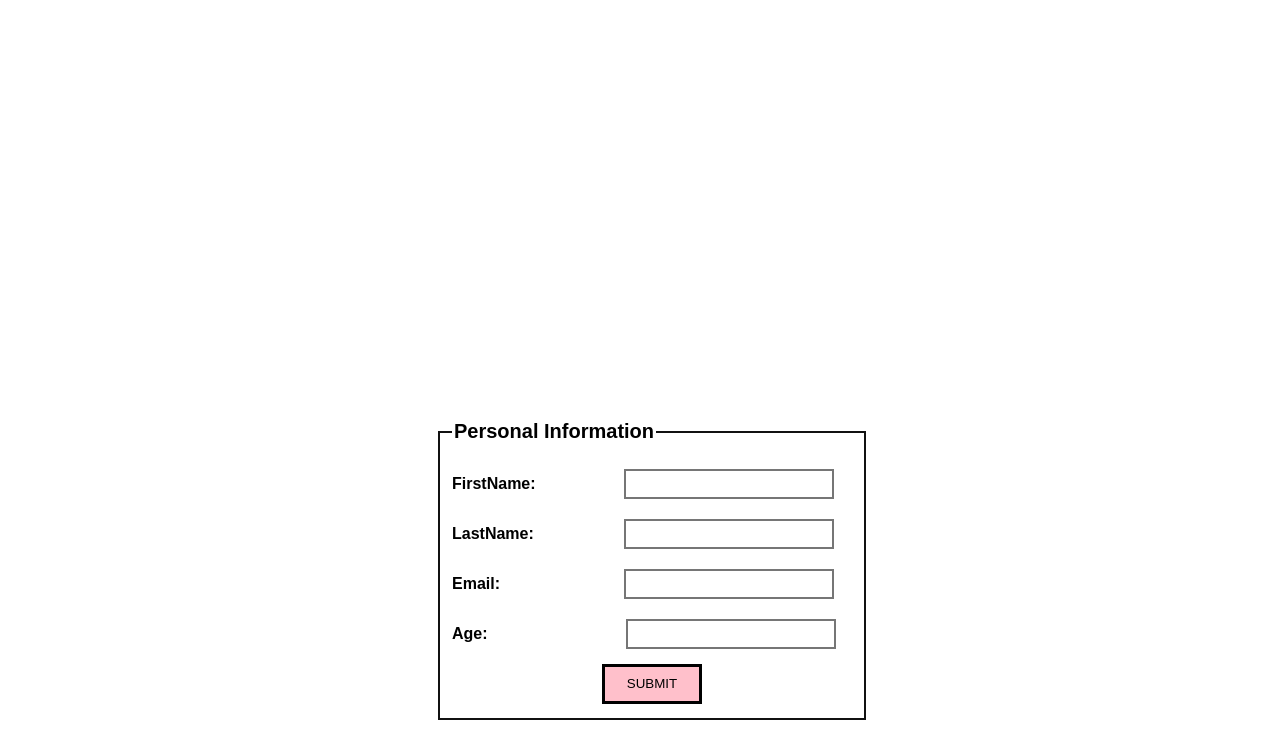
Repository: Femi007-gh/Legend
Page: index.html
These files come from the project's save history. The page is drawn as it stood at one moment and after the next save; the edit follows.
The browser window is 1280 px wide. The pictures show the whole page.

Above is the page before, as saved 2025-04-05 08:05:46.

### index.html
<html>
  <head>
    <title>LEGEND</title>
    <link rel="stylesheet" href="style.css">
  </head>
  <body>
    <form>
      <fieldset class="field">
        <legend class="ld">Personal Information</legend>
        <label class="first">FirstName:</label>
        <input type="text" class="FN"><br>

        <label class="last">LastName:</label>
        <input type="text" class="LN"> <br>

        <label class="mail">Email:</label>
        <input type="text" class="email"> <br>

        <label class="yourage">Age:</label>
        <input type="text" class="age"> <br>
         <a href="index2.html">
          <button class="sub" type="button">SUBMIT</button>
        </a>
      </fieldset>
    </form>
  </body>
</html>

### style.css
body {
  font-family:Arial, Helvetica, sans-serif;
  font-weight: bold;
}

.ld {
  font-size: 20px;
}

.field {
  border: 2px solid #111;
  width: 400px;
  height: 280px;
  margin-left: 430px;
  margin-top: 420px;
}

.FN {
  margin-top: 20px;
  margin-left: 84px;
  border-style: solid;
  height: 30px;
  width: 210px;
}

.LN {
  margin-top: 20px;
  margin-left: 86px;
  border-style: solid;
  height: 30px;
  width: 210px;
}

.email {
  margin-top: 20px;
  margin-left:120px;
  height: 30px;
  border-style: solid;
  width: 210px;
}

.age {
  margin-top: 20px;
  margin-left: 134px;
  border-style: solid;
  height: 30px;
  width: 210px;
}

input {
  background-color: white;
}

.sub {
  height: 40px;
  width: 100px;
  margin-left: 150px;
  margin-top: 15px;
  border: none;
  background-color: pink;
  border-style: solid;
  cursor: pointer;
}

.sub:hover {
  background-color: blue;
}

After the next save:
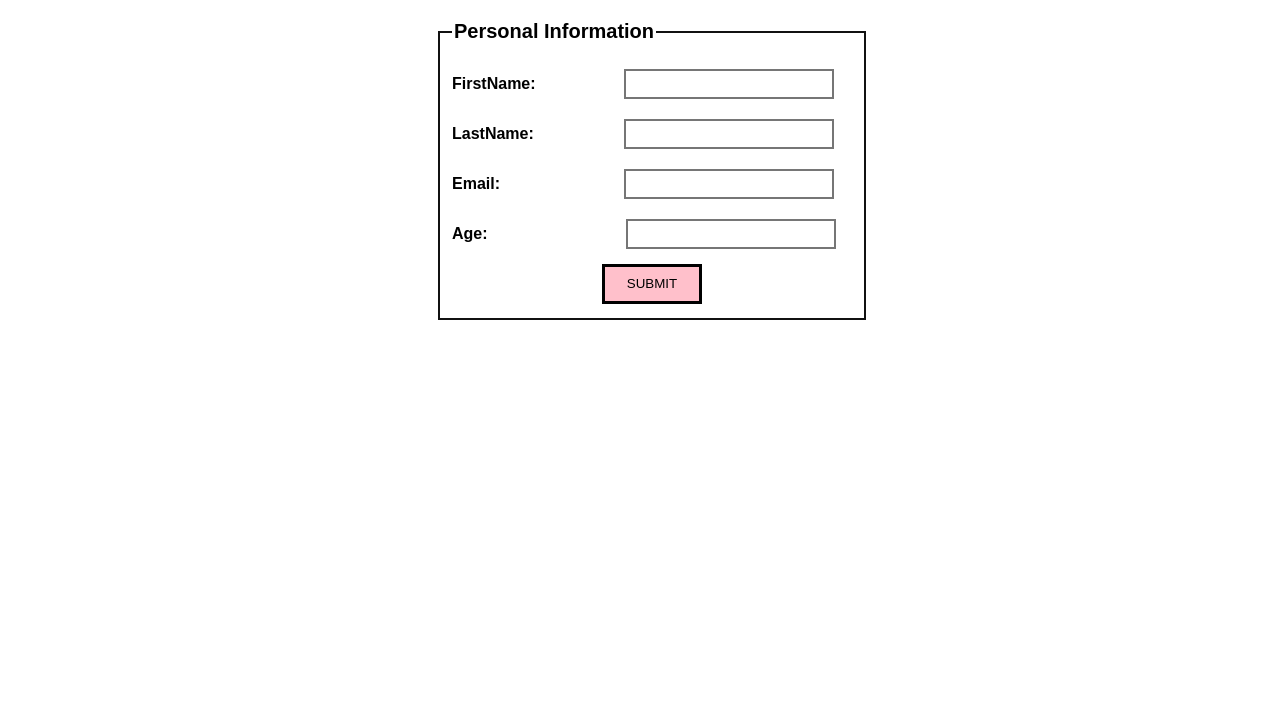
Saved 4 s later.
--- a/style.css
+++ b/style.css
@@ -12,7 +12,7 @@ body {
   width: 400px;
   height: 280px;
   margin-left: 430px;
-  margin-top: 420px;
+  margin-top: 20px;
 }
 
 .FN {
